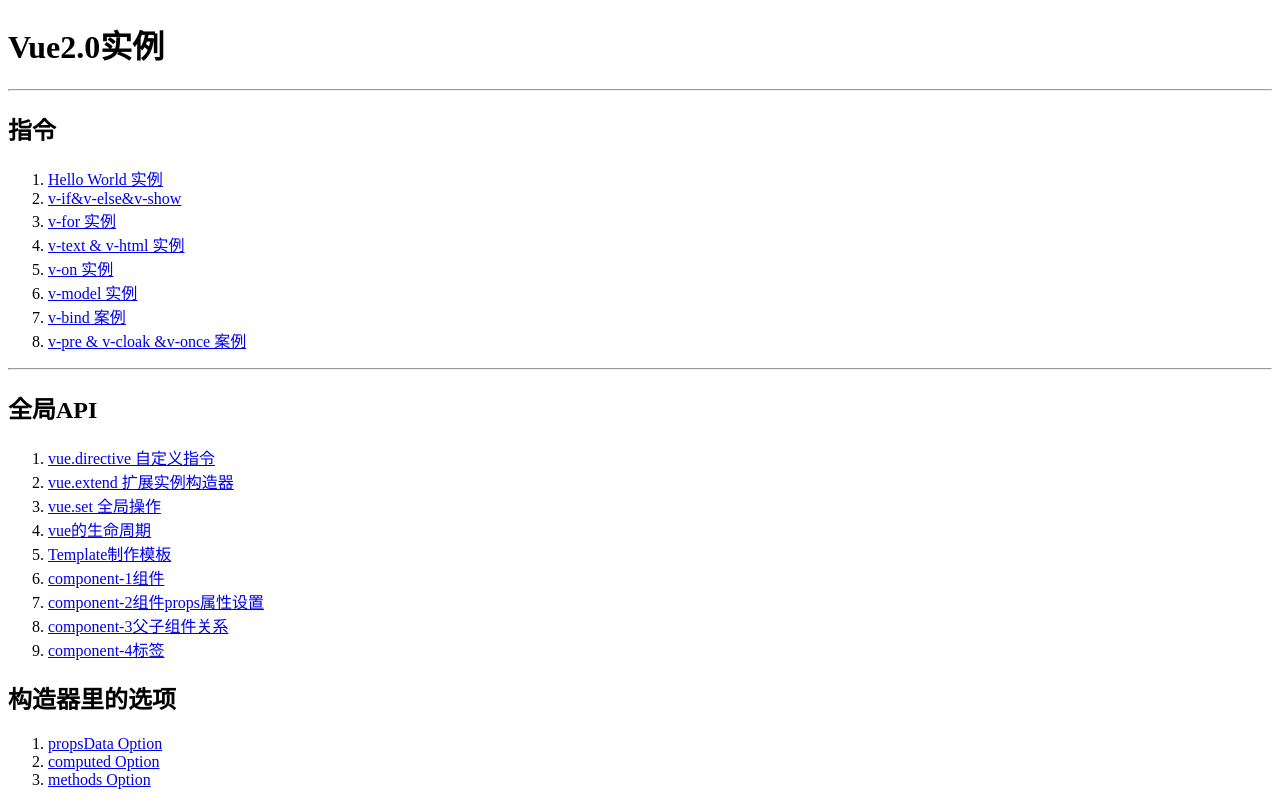
Repository: 13982720426/vue2.0-LearningNotes
Page: index.html
These files come from the project's save history. The page is drawn as it stood at one moment and after the next save; the edit follows.
The browser window is 1280 px wide. The pictures show the whole page.

Above is the page before, as saved 2021-06-25 20:45:29.

After the next save:
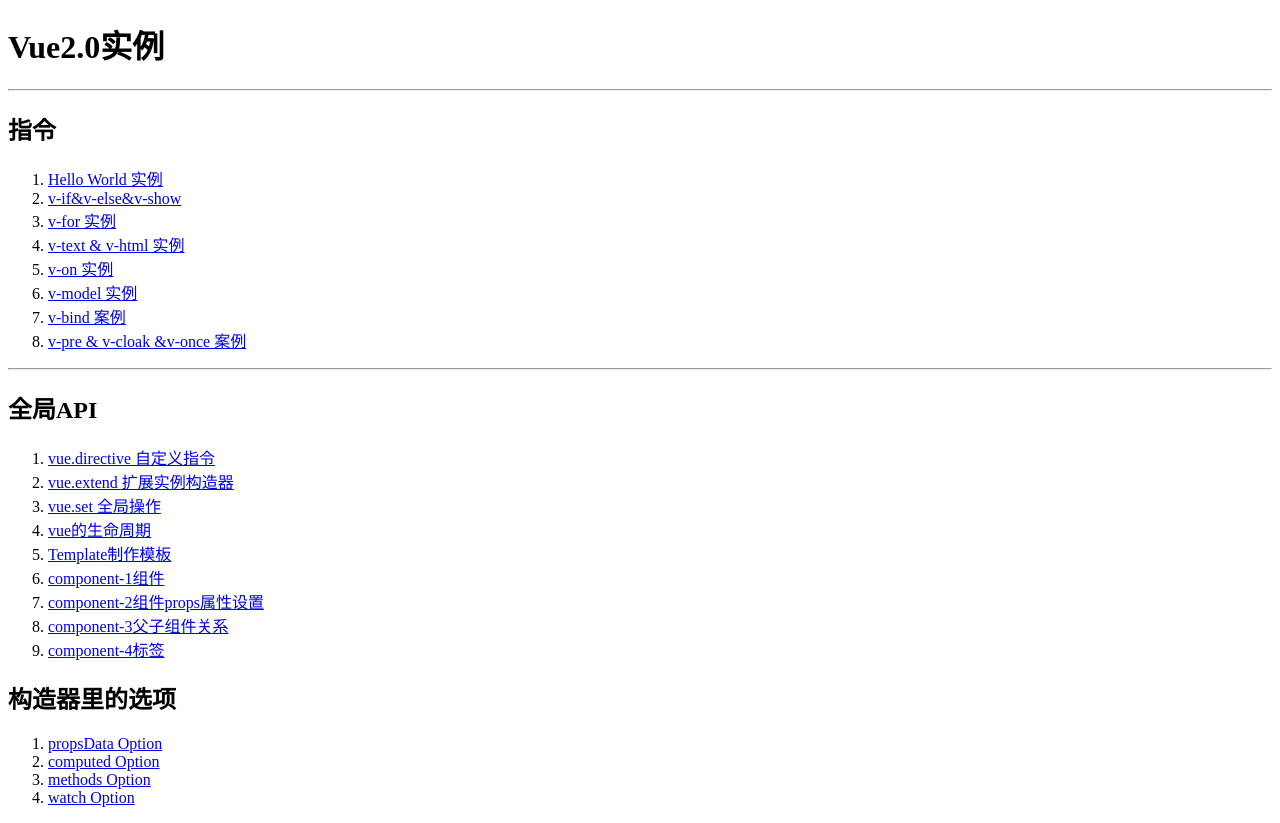
Saved 15 min 16 s later.
--- a/index.html
+++ b/index.html
@@ -40,6 +40,7 @@
       <li><a href="./example/propsData.html">propsData Option</a></li>
       <li><a href="./example/computed.html">computed Option</a></li>
       <li><a href="./example/methods.html">methods Option</a></li>
+      <li><a href="./example/watch.html">watch Option</a></li>
     </ol>
   </body>
 </html>
